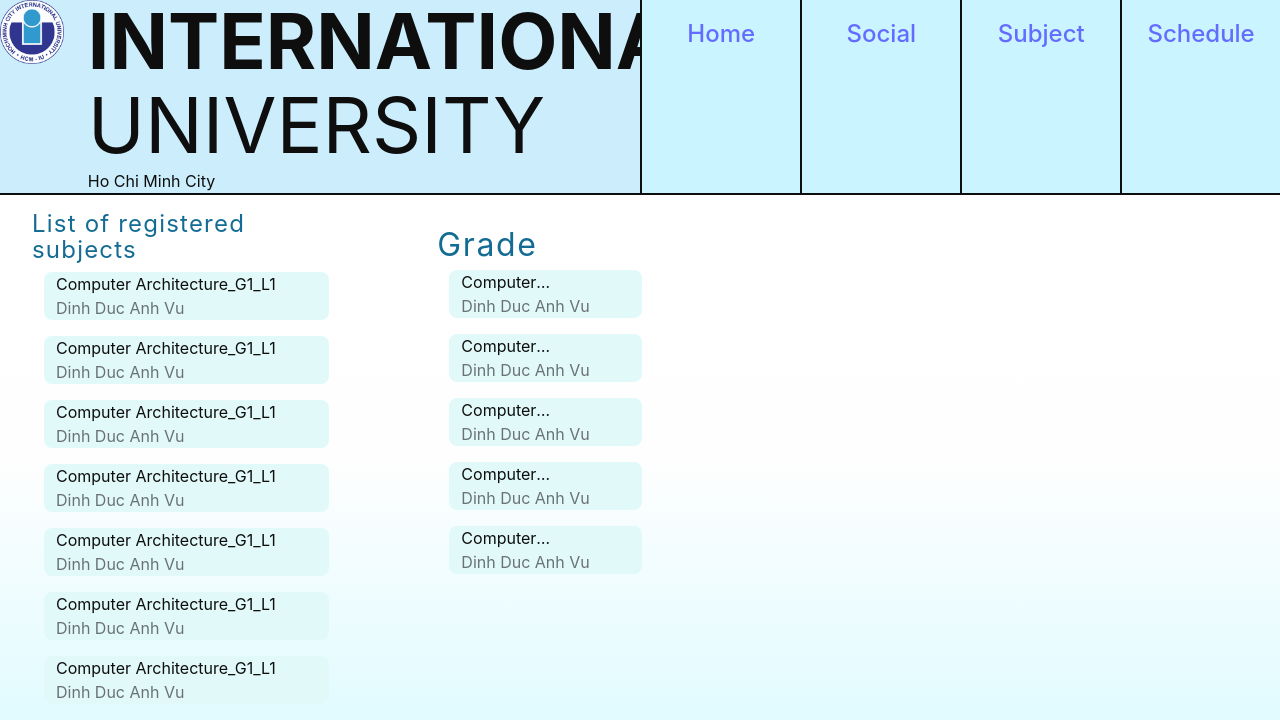
Repository: HarryZ2k3/Cirriculum_manager_SEProj
Page: /subject (app in frontend/)
These files come from the project's save history. The page is drawn as it stood at one moment and after a run of saves; the edit follows.
The browser window is 1280 px wide. The pictures show the whole page.
The project was rebuilt for these pictures with package versions that can differ from the ones it lists, and the page was loaded fresh each time. Also part of the build but not shown: frontend/vite.config.js, frontend/src/pages/NotFound.jsx, frontend/src/routes/Home/HomeComponents.jsx, frontend/src/routes/Home/Home.jsx, frontend/src/routes/LoginSign/LoginSignUp/LoginSignUp.css, frontend/src/routes/LoginSign/Login.jsx, frontend/src/routes/LoginSign/Register.jsx, frontend/src/routes/Grade/Grade.jsx and 7 more.

Above is the page before, as saved 2024-05-09 07:52:52.

After the next 2 saves:
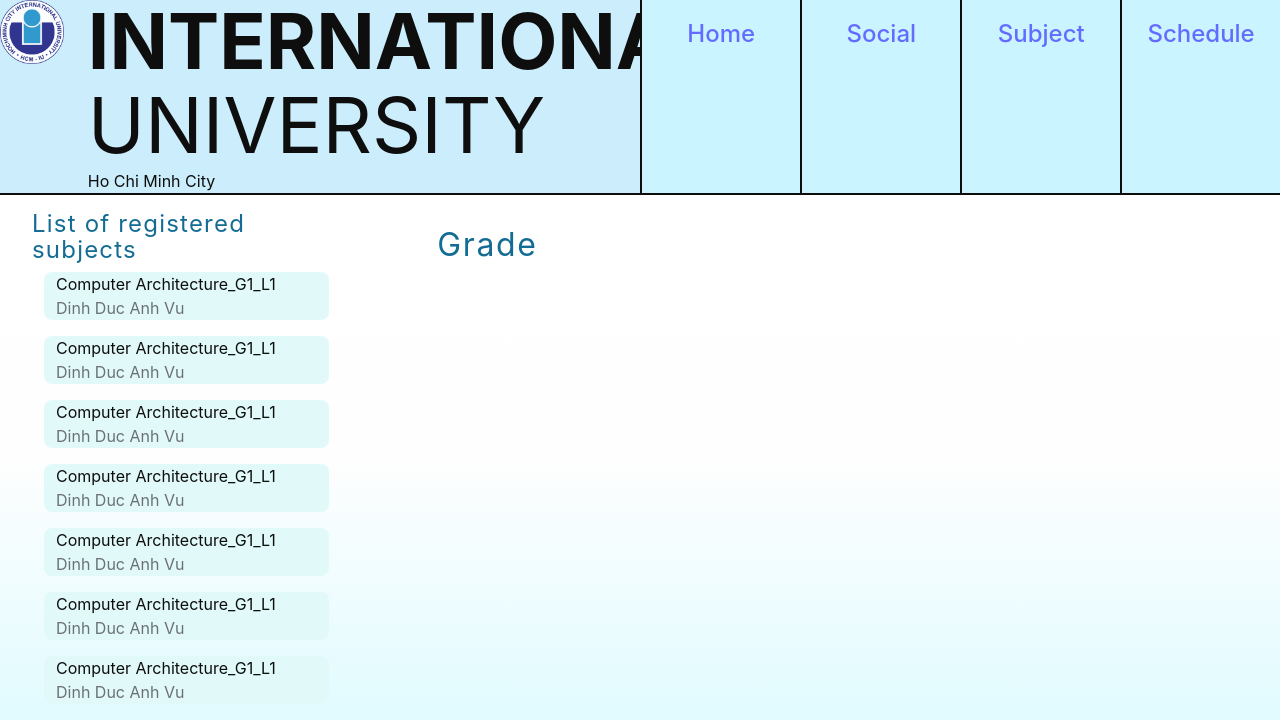
The 2 saves are shown as one change because they came seconds apart.
The last was saved 2 min 27 s later.
--- a/frontend/src/routes/Subject/Subject.jsx
+++ b/frontend/src/routes/Subject/Subject.jsx
@@ -55,28 +55,6 @@
 					<h1 className="text-left align-middle text-[2rem] text-text_blue tracking-wider">
 						Grade
 					</h1>
-					<div className="flex w-full flex-col items-center justify-evenly gap-4 rounded-2xl text-black p-2 px-3 ">
-						<div className="rounded-lg bg-card_blue px-3 text-left">
-							<h3 className="line-clamp-1"> Computer Architecture </h3>
-							<h3 className="text-text_gray">Dinh Duc Anh Vu</h3>
-						</div>
-						<div className="rounded-lg bg-card_blue px-3 text-left">
-							<h3 className="line-clamp-1"> Computer Architecture </h3>
-							<h3 className="text-text_gray">Dinh Duc Anh Vu</h3>
-						</div>
-						<div className="rounded-lg bg-card_blue px-3 text-left">
-							<h3 className="line-clamp-1"> Computer Architecture </h3>
-							<h3 className="text-text_gray">Dinh Duc Anh Vu</h3>
-						</div>
-						<div className="rounded-lg bg-card_blue px-3 text-left">
-							<h3 className="line-clamp-1"> Computer Architecture </h3>
-							<h3 className="text-text_gray">Dinh Duc Anh Vu</h3>
-						</div>
-						<div className="rounded-lg bg-card_blue px-3 text-left">
-							<h3 className="line-clamp-1"> Computer Architecture </h3>
-							<h3 className="text-text_gray">Dinh Duc Anh Vu</h3>
-						</div>
-					</div>
 				</div>
 			</div>
 		</Transition>
